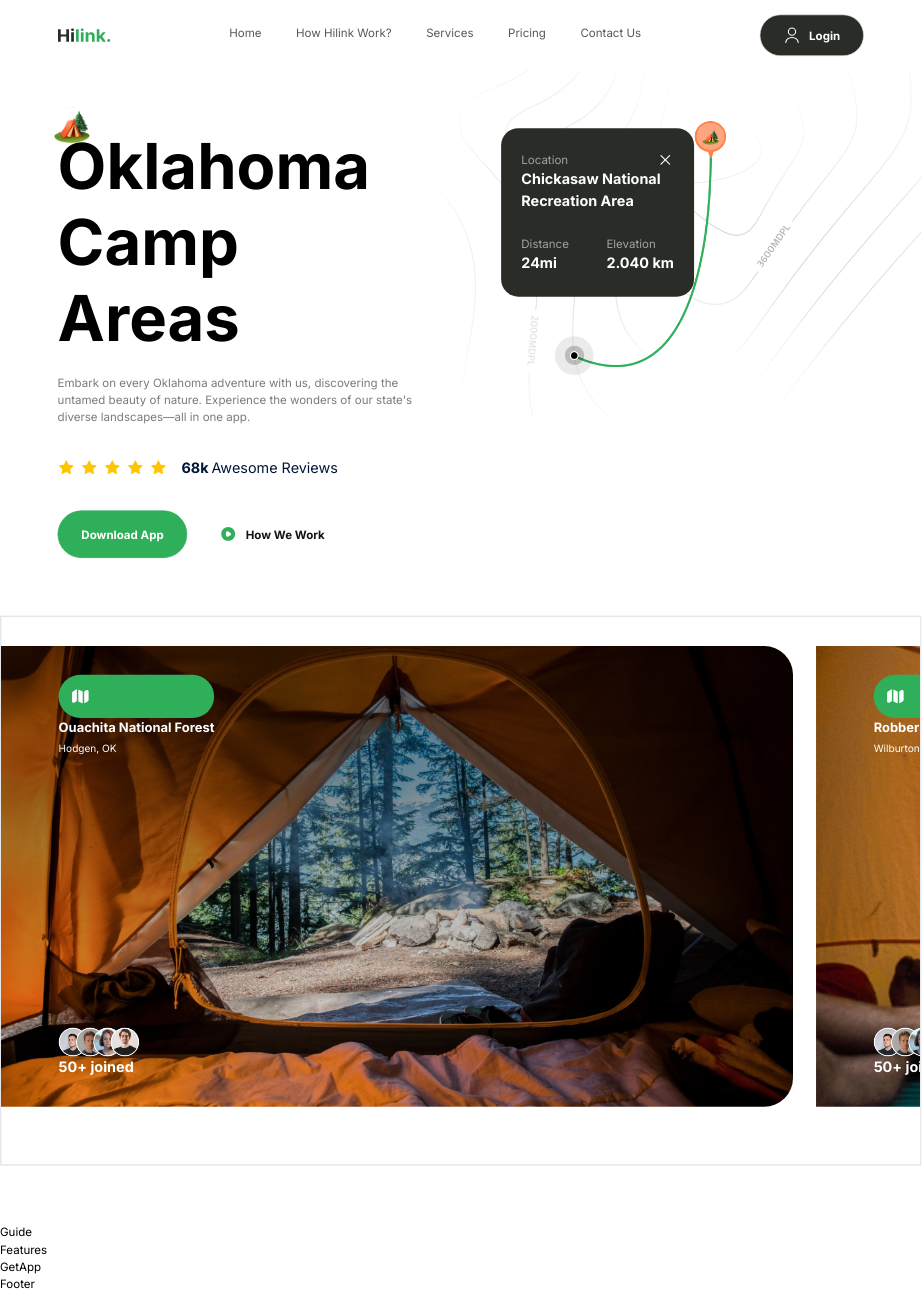
Repository: MikeeBuilds/camp
Page: /
These files come from the project's save history. The page is drawn as it stood at one moment and after a run of saves; the edit follows.
The browser window is 1280 px wide. The pictures show the whole page, at 72% of full size.
The project was rebuilt for these pictures with package versions that can differ from the ones it lists, and the page was loaded fresh each time. The framework's server and built-in components were replaced by stand-ins that run in the browser. Also part of the build but not shown: next.config.js.

Above is the page before, as saved 2023-11-24 22:20:18.

After the next 7 saves:
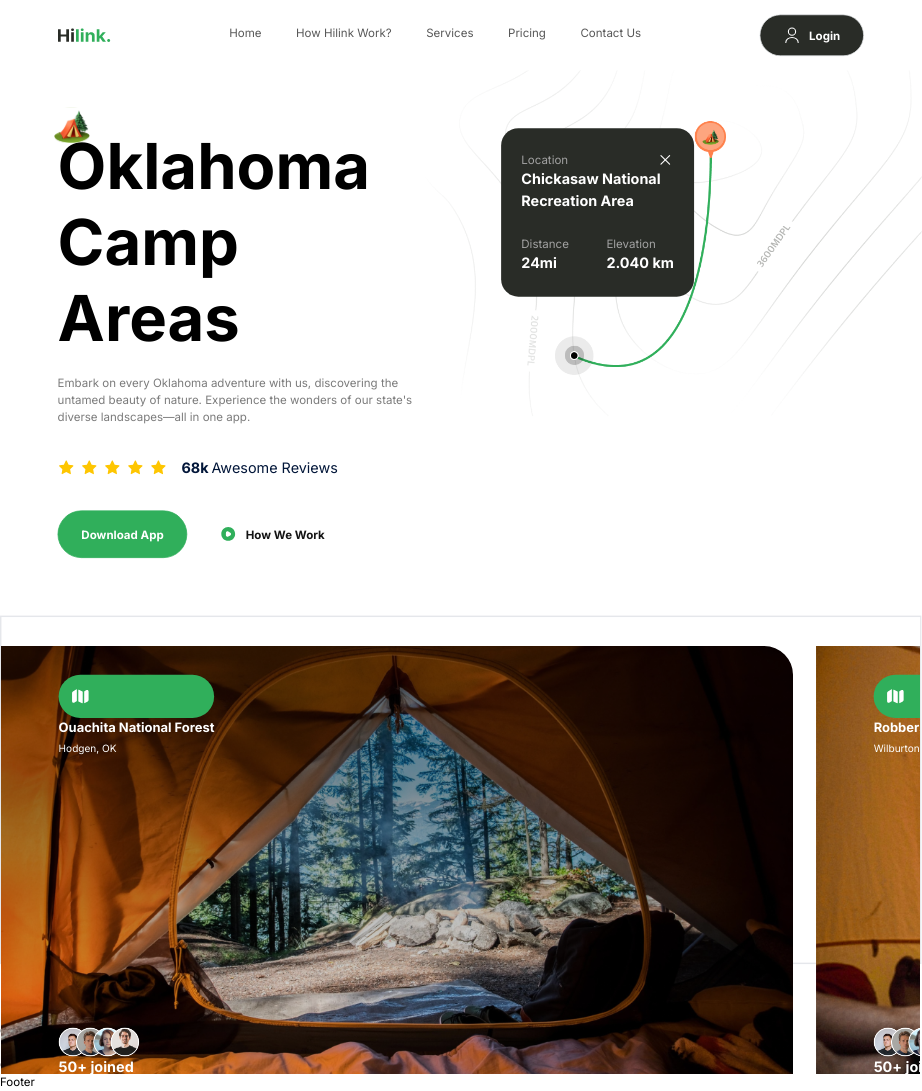
The 7 saves are shown as one change because they came seconds apart.
The last was saved 19 s later.
--- a/components/Camp.tsx
+++ b/components/Camp.tsx
@@ -72,8 +72,10 @@ const Camp = () => {
         />
       </div>
 
-      <div className="flexEnd mt-10 px-6 lg:">
+      <div className="flexEnd mt-10 px-6 lg:-mt-60 lg:mr-6">
+        <div className="">
 
+        </div>
       </div>
     </section>
   )
